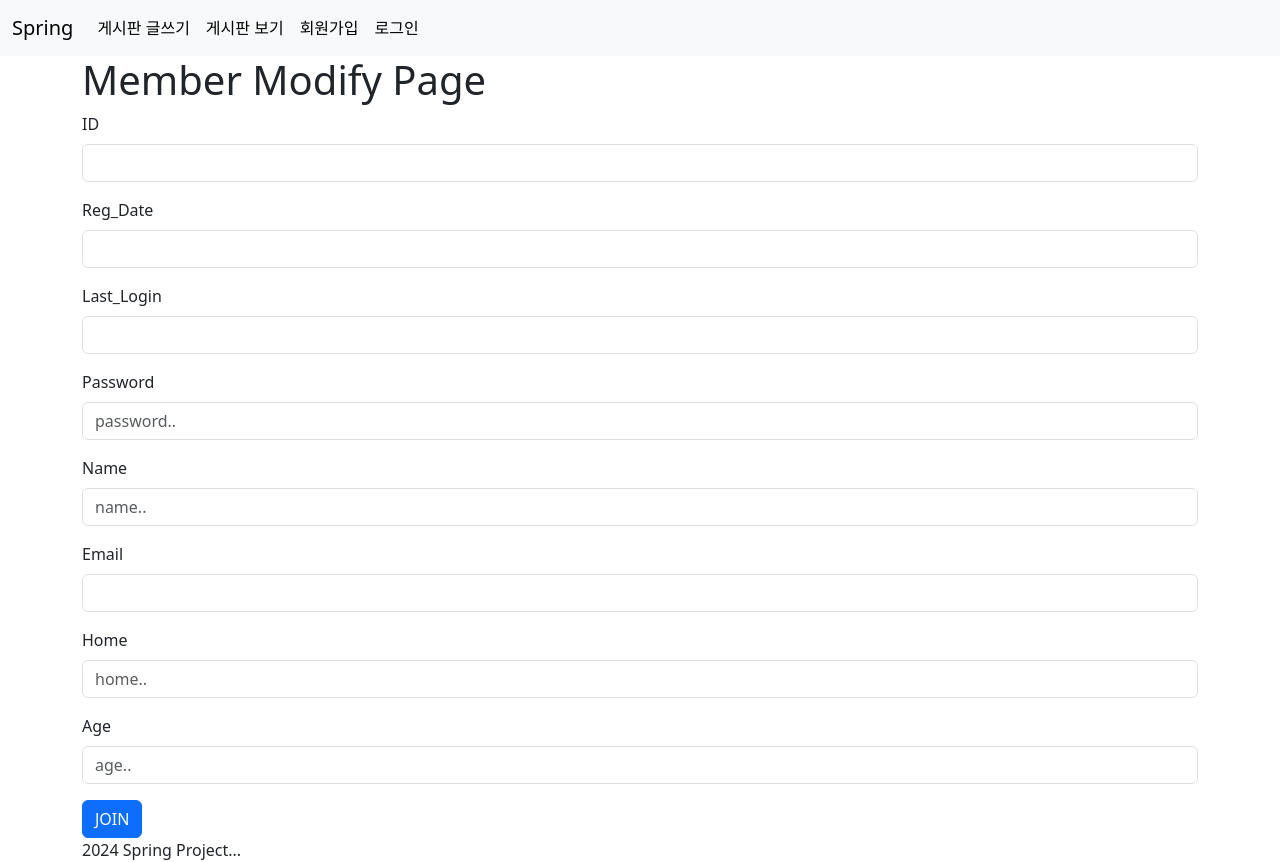
Repository: dlfhrrl12/springtest
Page: http://localhost/spring_study/WEB-INF/views/member/modify.jsp
These files come from the project's save history. The page is drawn as it stood at one moment and after the next save; the edit follows.
The browser window is 1280 px wide. The pictures show the whole page.
The page is served by Tomcat 9. Nobody is signed in. The template is opened directly, without the code that normally fills it, so the values that code supplies are empty.

Above is the page before, as saved 2024-04-25 09:07:53.

### spring_study/src/main/webapp/WEB-INF/views/member/modify.jsp
<%@ page language="java" contentType="text/html; charset=UTF-8"
    pageEncoding="UTF-8"%>
<jsp:include page="../layout/header.jsp"/>
	<div class="container-md">
	<h1>Member Modify Page</h1>
	<form action="/member/modify" method="post">
			<div class="mb-3">
		  		<label for="i" class="form-label">ID</label>
		  		<input type="text" class="form-control" name="id" id="i" value="${ses.id }" readonly="readonly">
			</div>
			<div class="mb-3">
		  		<label for="ir" class="form-label">Reg_Date</label>
		  		<input type="text" class="form-control" name="reg_date" id="i" value="${ses.reg_date }" readonly="readonly">
			</div>
			<div class="mb-3">
		  		<label for="i" class="form-label">Last_Login</label>
		  		<input type="text" class="form-control" name="last_login" id="l" value="${ses.last_login }" readonly="readonly">
			</div>
			<div class="mb-3">
		  		<label for="p" class="form-label">Password</label>
		  		<input type="password" class="form-control" name="pw" id="p" placeholder="password..">
			</div>
			<div class="mb-3">
		  		<label for="n" class="form-label">Name</label>
		  		<input type="text" class="form-control" name="name" id="n" value="${ses.name }" placeholder="name..">
			</div>
			<div class="mb-3">
		  		<label for="e" class="form-label">Email</label>
		  		<input type="email" class="form-control" name="email" id="e" value="${ses.email }" readonly="readonly">
			</div>
			<div class="mb-3">
		  		<label for="h" class="form-label">Home</label>
		  		<input type="text" class="form-control" name="home" id="h" value="${ses.home }" placeholder="home..">
			</div>
			<div class="mb-3">
		  		<label for="a" class="form-label">Age</label>
		  		<input type="text" class="form-control" name="age" id="a" value="${ses.age }" placeholder="age..">
			</div>

			<button type="submit" class="btn btn-primary">JOIN</button>
		</form>

	</div>

<jsp:include page="../layout/footer.jsp" />

### spring_study/src/main/webapp/WEB-INF/views/layout/header.jsp
<%@ page language="java" contentType="text/html; charset=UTF-8"
    pageEncoding="UTF-8"%>
    <%@ taglib uri="http://java.sun.com/jsp/jstl/core"  prefix="c"%>
<!DOCTYPE html>
<html>
<head>
<meta charset="UTF-8">
<title>header.jsp</title>
<link href="https://cdn.jsdelivr.net/npm/bootstrap@5.3.3/dist/css/bootstrap.min.css" rel="stylesheet" integrity="sha384-QWTKZyjpPEjISv5WaRU9OFeRpok6YctnYmDr5pNlyT2bRjXh0JMhjY6hW+ALEwIH" crossorigin="anonymous">
<script src="https://cdn.jsdelivr.net/npm/bootstrap@5.3.3/dist/js/bootstrap.bundle.min.js" integrity="sha384-YvpcrYf0tY3lHB60NNkmXc5s9fDVZLESaAA55NDzOxhy9GkcIdslK1eN7N6jIeHz" crossorigin="anonymous"></script>
</head>
<body>
<nav class="navbar navbar-expand-lg bg-body-tertiary">
  <div class="container-fluid">
    <a class="navbar-brand" href="#">Spring</a>
    <button class="navbar-toggler" type="button" data-bs-toggle="collapse" data-bs-target="#navbarSupportedContent" aria-controls="navbarSupportedContent" aria-expanded="false" aria-label="Toggle navigation">
      <span class="navbar-toggler-icon"></span>
    </button>
    <div class="collapse navbar-collapse" id="navbarSupportedContent">
      <ul class="navbar-nav me-auto mb-2 mb-lg-0">
        <li class="nav-item">
          <a class="nav-link active"  href="/board/register">게시판 글쓰기</a>
        </li>
        <li class="nav-item">
          <a class="nav-link active"  href="/board/list">게시판 보기</a>
        </li>
        <li class="nav-item">
          <a class="nav-link active"  href="/member/register">회원가입</a>
        </li>
        <c:if test="${ses.id eq null }">
        <li class="nav-item">
          <a class="nav-link active"  href="/member/login">로그인</a>
        </li>
        </c:if>
        <c:if test="${ses.id ne null }">
        <li class="nav-item">
          <a class="nav-link active"  href="/member/logout">로그아웃</a>
        </li>
        <li class="nav-item">
          <a class="nav-link active"  href="/member/modify">${ses.id }(${ses.email })welcome!!</a>
        </li>
        </c:if>
        </ul>
    </div>
  </div>
</nav>

### spring_study/src/main/webapp/WEB-INF/views/layout/footer.jsp
<%@ page language="java" contentType="text/html; charset=UTF-8"
    pageEncoding="UTF-8"%>



<div class="container-md">
	2024 Spring Project...
</div>

</body>
</html>

After the next save:
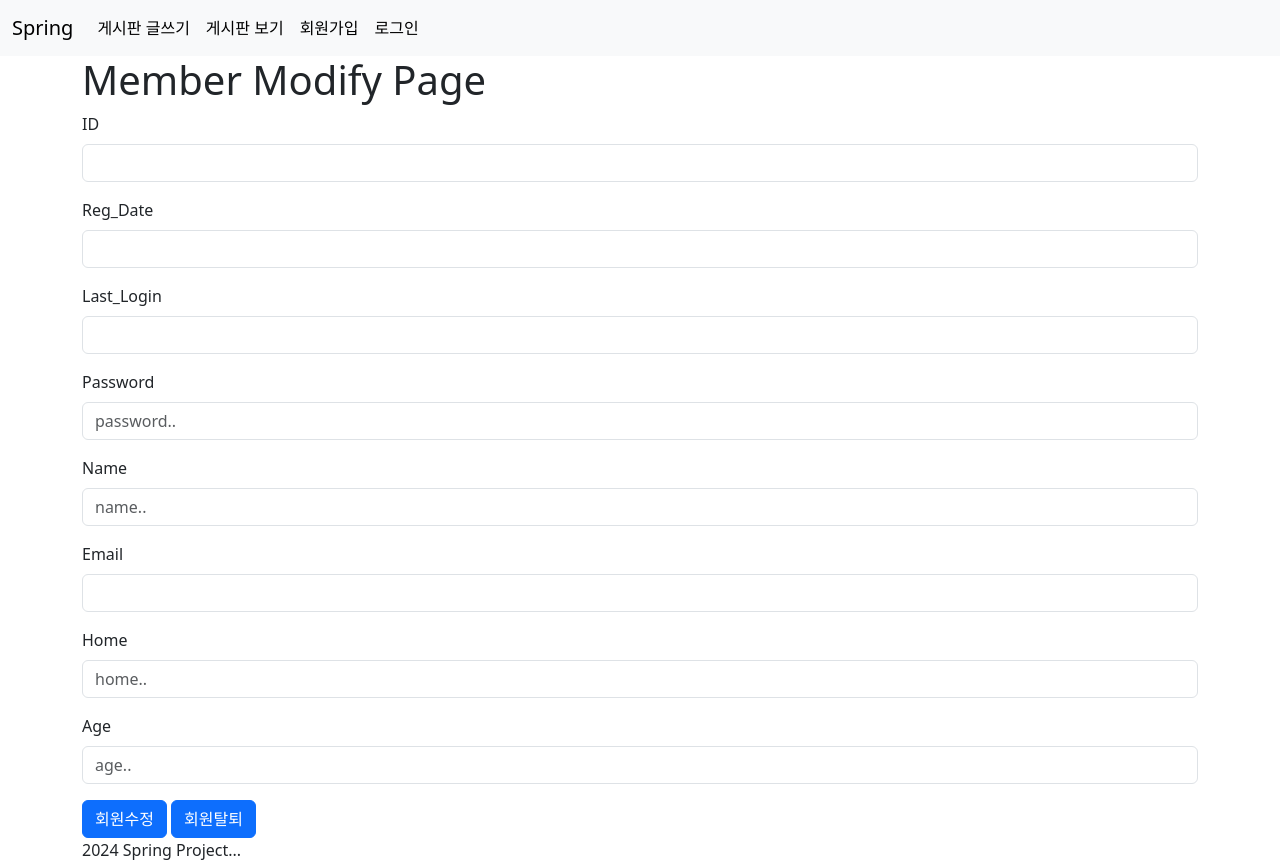
Saved 101 s later.
--- a/spring_study/src/main/webapp/WEB-INF/views/member/modify.jsp
+++ b/spring_study/src/main/webapp/WEB-INF/views/member/modify.jsp
@@ -37,7 +37,8 @@
 		  		<input type="text" class="form-control" name="age" id="a" value="${ses.age }" placeholder="age..">
 			</div>
 
-			<button type="submit" class="btn btn-primary">JOIN</button>
+			<button type="submit" class="btn btn-primary">회원수정</button>
+			<a href="/member/delete"><button type="submit" class="btn btn-primary">회원탈퇴</button></a>
 		</form>
 
 	</div>
